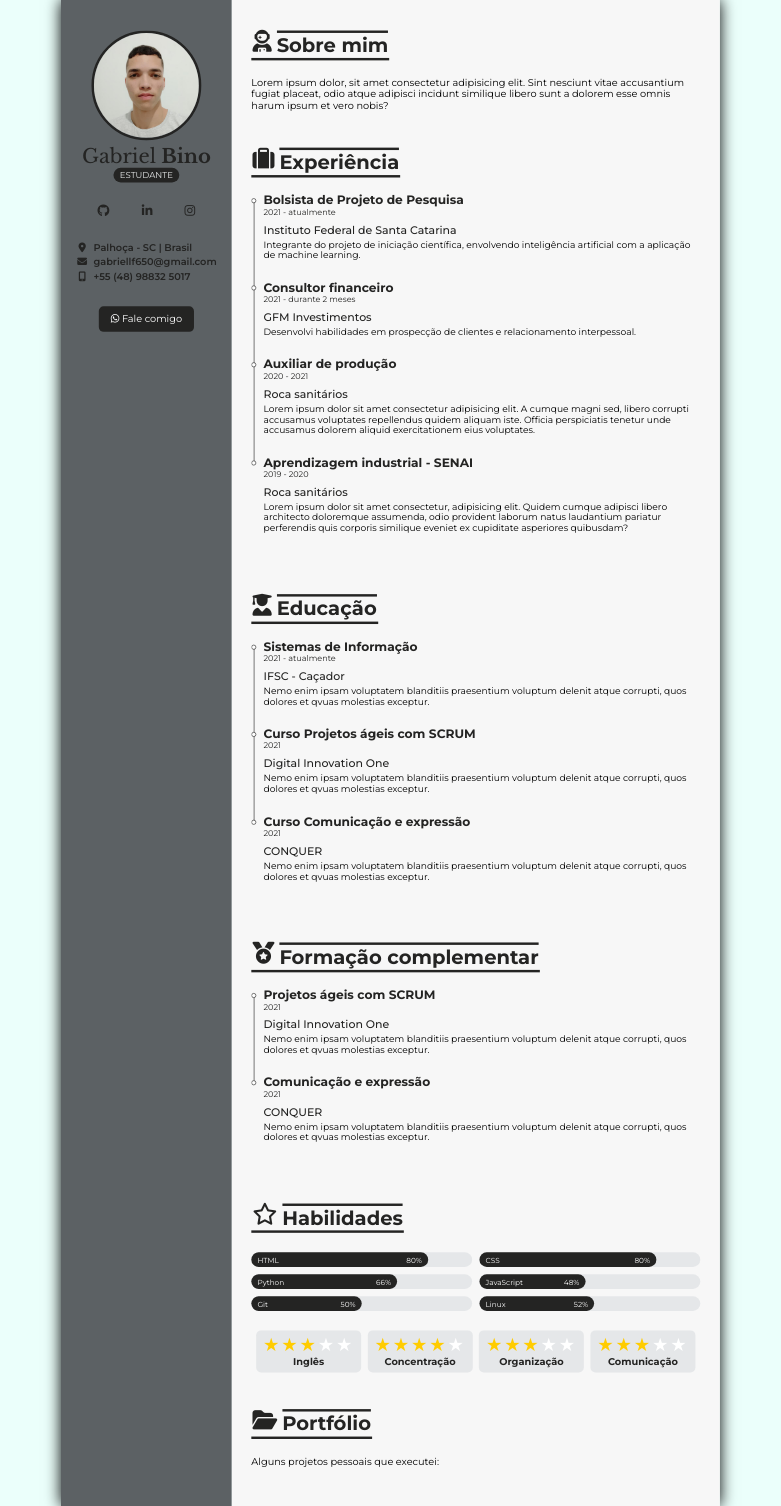
Repository: gabrielbino/curriculoResponsivo
Page: index.html
An editor plug-in stored every save of this project. The page is shown before and after the next save, followed by the edit.
The browser window is 1280 px wide. The pictures show the whole page, at 61% of full size.
Some web libraries are served in a nearby version.

Above is the page before, as saved 2021-10-19 22:18:13.

### index.html
<!DOCTYPE html>
<html lang="pt-br">
  <head>
    <meta charset="UTF-8" />
    <meta name="viewport" content="width=device-width, initial-scale=1" />
    <link
      rel="stylesheet"
      href="https://cdnjs.cloudflare.com/ajax/libs/normalize/8.0.1/normalize.min.css"
      integrity="sha512-NhSC1YmyruXifcj/KFRWoC561YpHpc5Jtzgvbuzx5VozKpWvQ+4nXhPdFgmx8xqexRcpAglTj9sIBWINXa8x5w=="
      crossorigin="anonymous"
      referrerpolicy="no-referrer"
    />
    <script
      src="https://kit.fontawesome.com/a6ac7cca8d.js"
      crossorigin="anonymous"
    ></script>
    <link rel="stylesheet" href="css/style.css" />
    <link rel="shortcut icon" href="img/favicon.ico" />
    <title>CV do Gabriel</title>
  </head>
  <body>
    <main>
      <aside>
        <div class="sidebar">
          <img
            class="profile-picture"
            src="./img/option_profile.jpeg"
            alt="Gabriel Bino"
          />
          <h1 class="title-name"><span>Gabriel</span> Bino</h1>
          <h3 class="subtitle-role">Estudante</h3>
          <div class="social-links">
            <a href="https://github.com/gabrielbino" target="_blank">
              <i class="fab fa-github"></i>
            </a>
            <a
              href="https://www.linkedin.com/in/gabriel-fernandes-bino-456499195/"
              target="_blank"
            >
              <i class="fab fa-linkedin-in"></i>
            </a>
            <!-- <a href="https://twitter.com/theleoad" target="_blank">
              <i class="fab fa-twitter"></i>
            </a> -->
            <a href="https://www.instagram.com/gabrielfbino/" target="_blank">
              <i class="fab fa-instagram"></i>
            </a>
          </div>
          <ul class="personal-data">
            <li>
              <i class="fas fa-map-marker-alt"></i>
              <span>Palhoça - SC | Brasil</span>
            </li>
            <li>
              <i class="fas fa-envelope"></i>
              <a href="mailto:galbriellf650@gmail.com"
                >gabriellf650@gmail.com</a
              >
            </li>
            <li>
              <i class="fas fa-mobile-alt"></i>
              <a href="tel:+5548988325017">+55 (48) 98832 5017</a>
            </li>
          </ul>
          <a
            class="download-button"
            href="https://wa.me/+5548988325017"
            target="_blank"
          >
            <i class="fab fa-whatsapp"></i>
            <span>Fale comigo</span>
          </a>
        </div>
      </aside>
      <section>
        <article>
          <div class="article-title-wrapper">
            <i class="fas fa-user-astronaut"></i>
            <h2 class="article-title">Sobre mim</h2>
          </div>
          <p>
            Lorem ipsum dolor, sit amet consectetur adipisicing elit. Sint
            nesciunt vitae accusantium fugiat placeat, odio atque adipisci
            incidunt similique libero sunt a dolorem esse omnis harum ipsum et
            vero nobis?
          </p>
        </article>
        <article>
          <div class="article-title-wrapper">
            <i class="fas fa-suitcase"></i>
            <h2 class="article-title">Experiência</h2>
          </div>
          <ul class="timeline">
            <li>
              <h4 class="timeline-title">Bolsista de Projeto de Pesquisa</h4>
              <h5 class="timeline-time">2021 - atualmente</h5>
              <h6 class="timeline-place">
                Instituto Federal de Santa Catarina
              </h6>
              <p class="timeline-text">
                Integrante do projeto de iniciação científica, envolvendo
                inteligência artificial com a aplicação de machine learning.
              </p>
            </li>
            <li>
              <h4 class="timeline-title">Consultor financeiro</h4>
              <h5 class="timeline-time">2021 - durante 2 meses</h5>
              <h6 class="timeline-place">GFM Investimentos</h6>
              <p class="timeline-text">
                Desenvolvi habilidades em prospecção de clientes e
                relacionamento interpessoal.
              </p>
            </li>
            <li>
              <h4 class="timeline-title">Auxiliar de produção</h4>
              <h5 class="timeline-time">2020 - 2021</h5>
              <h6 class="timeline-place">Roca sanitários</h6>
              <p class="timeline-text">
                Lorem ipsum dolor sit amet consectetur adipisicing elit. A
                cumque magni sed, libero corrupti accusamus voluptates
                repellendus quidem aliquam iste. Officia perspiciatis tenetur
                unde accusamus dolorem aliquid exercitationem eius voluptates.
              </p>
            </li>
            <li>
              <h4 class="timeline-title">Aprendizagem industrial - SENAI</h4>
              <h5 class="timeline-time">2019 - 2020</h5>
              <h6 class="timeline-place">Roca sanitários</h6>
              <p class="timeline-text">
                Lorem ipsum dolor sit amet consectetur, adipisicing elit. Quidem
                cumque adipisci libero architecto doloremque assumenda, odio
                provident laborum natus laudantium pariatur perferendis quis
                corporis similique eveniet ex cupiditate asperiores quibusdam?
              </p>
            </li>
          </ul>
        </article>
        <article>
          <div class="article-title-wrapper">
            <i class="fas fa-user-graduate"></i>
            <h2 class="article-title">Educação</h2>
          </div>
          <ul class="timeline">
            <li>
              <h4 class="timeline-title">Sistemas de Informação</h4>
              <h5 class="timeline-time">2021 - atualmente</h5>
              <h6 class="timeline-place">IFSC - Caçador</h6>
              <p class="timeline-text">
                Nemo enim ipsam voluptatem blanditiis praesentium voluptum
                delenit atque corrupti, quos dolores et qvuas molestias
                exceptur.
              </p>
            </li>
            <li>
              <h4 class="timeline-title">Curso Projetos ágeis com SCRUM</h4>
              <h5 class="timeline-time">2021</h5>
              <h6 class="timeline-place">Digital Innovation One</h6>
              <p class="timeline-text">
                Nemo enim ipsam voluptatem blanditiis praesentium voluptum
                delenit atque corrupti, quos dolores et qvuas molestias
                exceptur.
              </p>
            </li>
            <li>
              <h4 class="timeline-title">Curso Comunicação e expressão</h4>
              <h5 class="timeline-time">2021</h5>
              <h6 class="timeline-place">CONQUER</h6>
              <p class="timeline-text">
                Nemo enim ipsam voluptatem blanditiis praesentium voluptum
                delenit atque corrupti, quos dolores et qvuas molestias
                exceptur.
              </p>
            </li>
          </ul>
        </article>
        <article>
          <div class="article-title-wrapper">
            <i class="fas fa-medal"></i>
            <h2 class="article-title">Formação complementar</h2>
          </div>
          <ul class="timeline">
            <li>
              <h4 class="timeline-title">Projetos ágeis com SCRUM</h4>
              <h5 class="timeline-time">2021</h5>
              <h6 class="timeline-place">Digital Innovation One</h6>
              <p class="timeline-text">
                Nemo enim ipsam voluptatem blanditiis praesentium voluptum
                delenit atque corrupti, quos dolores et qvuas molestias
                exceptur.
              </p>
            </li>
            <li>
              <h4 class="timeline-title">Comunicação e expressão</h4>
              <h5 class="timeline-time">2021</h5>
              <h6 class="timeline-place">CONQUER</h6>
              <p class="timeline-text">
                Nemo enim ipsam voluptatem blanditiis praesentium voluptum
                delenit atque corrupti, quos dolores et qvuas molestias
                exceptur.
              </p>
            </li>
          </ul>
        </article>
        <article>
          <div class="article-title-wrapper">
            <i class="far fa-star"></i>
            <h2 class="article-title">Habilidades</h2>
          </div>
          <div class="skills-container">
            <div class="progress">
              <div class="progress-bar" role="progressbar" style="width: 80%">
                <div class="progress-text">
                  <span>HTML</span>
                  <span>80%</span>
                </div>
              </div>
            </div>
            <div class="progress">
              <div class="progress-bar" role="progressbar" style="width: 80%">
                <div class="progress-text">
                  <span>CSS</span>
                  <span>80%</span>
                </div>
              </div>
            </div>
            <div class="progress">
              <div class="progress-bar" role="progressbar" style="width: 66%">
                <div class="progress-text">
                  <span>Python</span>
                  <span>66%</span>
                </div>
              </div>
            </div>
            <div class="progress">
              <div class="progress-bar" role="progressbar" style="width: 48%">
                <div class="progress-text">
                  <span>JavaScript</span>
                  <span>48%</span>
                </div>
              </div>
            </div>
            <div class="progress">
              <div class="progress-bar" role="progressbar" style="width: 50%">
                <div class="progress-text">
                  <span>Git</span>
                  <span>50%</span>
                </div>
              </div>
            </div>
            <div class="progress">
              <div class="progress-bar" role="progressbar" style="width: 52%">
                <div class="progress-text">
                  <span>Linux</span>
                  <span>52%</span>
                </div>
              </div>
            </div>
          </div>
          <div class="soft-skills">
            <div class="soft-skill">
              <div class="soft-skill-rating" style="--rating: 3"></div>
              <h4 class="soft-skill-label">Inglês</h4>
            </div>
            <div class="soft-skill">
              <div class="soft-skill-rating" style="--rating: 4"></div>
              <h4 class="soft-skill-label">Concentração</h4>
            </div>
            <div class="soft-skill">
              <div class="soft-skill-rating" style="--rating: 3"></div>
              <h4 class="soft-skill-label">Organização</h4>
            </div>
            <div class="soft-skill">
              <div class="soft-skill-rating" style="--rating: 3"></div>
              <h4 class="soft-skill-label">Comunicação</h4>
            </div>
          </div>
        </article>
        <article>
          <div class="article-title-wrapper">
            <i class="fas fa-folder-open"></i>
            <h2 class="article-title">Portfólio</h2>
          </div>
          <p>Alguns projetos pessoais que executei:</p>
          <div class="portfolio">
            <a href="#" class="portfolio-item">
              <div></div>
            </a>
            <a href="#" class="portfolio-item">
              <div></div>
            </a>
            <a href="#" class="portfolio-item">
              <div></div>
            </a>
            <a href="#" class="portfolio-item">
              <div></div>
            </a>
          </div>
        </article>
      </section>
    </main>
  </body>
</html>

### css/style.css
@import url("https://fonts.googleapis.com/css2?family=Libre+Baskerville:wght@400;700&family=Montserrat:wght@400;500;600;700&display=swap");

* {
  box-sizing: border-box;
}

img {
  max-width: 100%;
}

body {
  background-color: #ebfffb;
  color: black;
  font-family: "Montserrat", sans-serif;
}

main {
  background-color: #ebfffb;
  box-shadow: 0 0 1.5rem;
  display: flex;
  margin: 0 auto;
  max-width: 1080px;
  min-height: 100vh;
  width: 100%;
}

aside {
  background-color: #4b4e53e3;
  padding: 50px 0 16px;
  width: 280px;
}

.sidebar {
  align-items: center;
  display: flex;
  flex-direction: column;
  position: sticky;
  top: 16px;
  width: 100%;
}

.profile-picture {
  border-radius: 50%;
  border: solid 4px #242423;
  width: 180px;
}

.title-name {
  color: #242423;
  font-family: "Libre Baskerville", serif;
  font-weight: 700;
  margin: 8px 0 0;
}

.title-name span {
  font-weight: 500;
}

.subtitle-role {
  background: #242423;
  border-radius: 12px;
  color: #e9ebec;
  font-size: 14px;
  font-weight: 400;
  margin: 0;
  padding: 4px 10px;
  text-transform: uppercase;
}

.social-links {
  display: flex;
  font-size: 20px;
  justify-content: space-between;
  margin: 36px 0;
  width: 160px;
}

.social-links a {
  color: #242423;
}

.social-links a:hover {
  color: #e8eddf;
}

.personal-data {
  list-style-type: none;
  margin: 0;
  padding: 0;
}

.personal-data li {
  color: #242423;
  font-weight: 600;
  line-height: 1.5;
}

.personal-data li a {
  color: inherit;
  text-decoration: none;
}

.personal-data i {
  margin-right: 4px;
  text-align: center;
  width: 20px;
}

.download-button {
  background: #242423;
  border-radius: 8px;
  color: white;
  display: block;
  margin: 36px 0;
  padding: 12px 20px;
  text-decoration: none;
}

section {
  background-color: #f7f7f7;
  padding: 50px 32px 0;
  width: calc(100% - 280px);
}

article:not(:last-of-type) {
  margin-bottom: 60px;
}

.article-title-wrapper {
  align-items: center;
  border-bottom: 4px solid;
  color: #242423;
  display: inline-flex;
  margin-bottom: 12px;
  padding: 0 2px;
}
.article-title-wrapper i {
  font-size: 36px;
  margin: -8px 8px 0 0;
}

.article-title {
  border-top: 4px solid;
  color: #242423;
  font-size: 32px;
  font-weight: 800;
  margin: 0 0 2px;
  padding-top: 2px;
}

.timeline {
  list-style: none;
  margin: 20px 0;
  padding: 0;
}

.timeline li {
  margin: 0;
  padding: 2px 0 40px 20px;
  position: relative;
}

.timeline li::after {
  background-color: #fff;
  border-radius: 50%;
  border: 1px solid #242423;
  box-sizing: border-box;
  content: "";
  display: inline-block;
  height: 8px;
  left: 0;
  position: absolute;
  top: 2px;
  width: 8px;
}

.timeline li:not(:last-of-type)::before {
  background-color: #242423;
  content: "";
  height: 100%;
  left: 3.5px;
  position: absolute;
  top: calc(0.5em - 4px);
  width: 1px;
}

.timeline-title {
  color: #242423;
  font-size: 20px;
  margin: -8px 0 0;
}

.timeline-time {
  color: #242423;
  font-weight: 400;
  margin: 0;
}

.timeline-place {
  color: #242423;
  font-size: 18px;
  font-weight: 500;
  margin: 12px 0 4px;
}

.timeline-text {
  font-size: 15px;
  margin: 0;
}

.skills-container {
  display: flex;
  flex-wrap: wrap;
  justify-content: space-between;
  margin: 20px 0;
}

.progress {
  background-color: rgba(68, 86, 108, 0.1);
  border-radius: 20px;
  display: flex;
  font-size: 0.75rem;
  height: 1.5rem;
  margin-bottom: 12px;
  width: calc(50% - 6px);
}

.progress-bar {
  align-items: center;
  background-color: #242423;
  border-radius: 20px;
  color: #fff;
  display: flex;
  padding: 0 10px;
}

.progress-text {
  display: flex;
  justify-content: space-between;
  width: 100%;
}

.soft-skills {
  display: flex;
  justify-content: space-between;
  padding: 0 8px;
}

.soft-skill {
  background-color: rgba(68, 86, 108, 0.1);
  border-radius: 8px;
  padding: 8px;
  text-align: center;
  width: calc(25% - 8px);
}

.soft-skill-rating {
  --percent: calc(var(--rating) / 5 * 100%);
  display: inline-block;
  font-family: Times;
  font-size: 30px;
  line-height: 1;
}

.soft-skill-rating::before {
  background-clip: text;
  background: linear-gradient(90deg, #fc0 var(--percent), #fff var(--percent));
  content: "★★★★★";
  letter-spacing: 3px;
  -webkit-background-clip: text;
  -webkit-text-fill-color: transparent;
}

.soft-skill-label {
  color: #242423;
  margin: 4px 0 0;
}

.portfolio {
  display: flex;
  flex-wrap: wrap;
  justify-content: space-between;
}

.portfolio-item {
  margin-bottom: 24px;
  text-decoration: none;
  width: calc(50% - 12px);
}

/* .portfolio-item div {
  margin: 0;
}

.portfolio-item figcaption {
  color: #3c6e71;
  font-weight: 800;
  text-align: center;
} */

@media (max-width: 1024px) {
  .soft-skills {
    flex-wrap: wrap;
  }

  .soft-skill {
    margin: 4px;
    width: calc(50% - 8px);
  }
}

@media (max-width: 768px) {
  main {
    display: block;
  }

  aside,
  section {
    width: 100%;
  }

  section {
    padding: 32px 16px 0;
  }

  .article-title-wrapper {
    display: flex;
    padding: 0;
  }

  .progress,
  .soft-skill,
  .portfolio-item,
  .article-title {
    width: 100%;
  }

  .portfolio-item figure {
    text-align: center;
  }
}

After the next save:
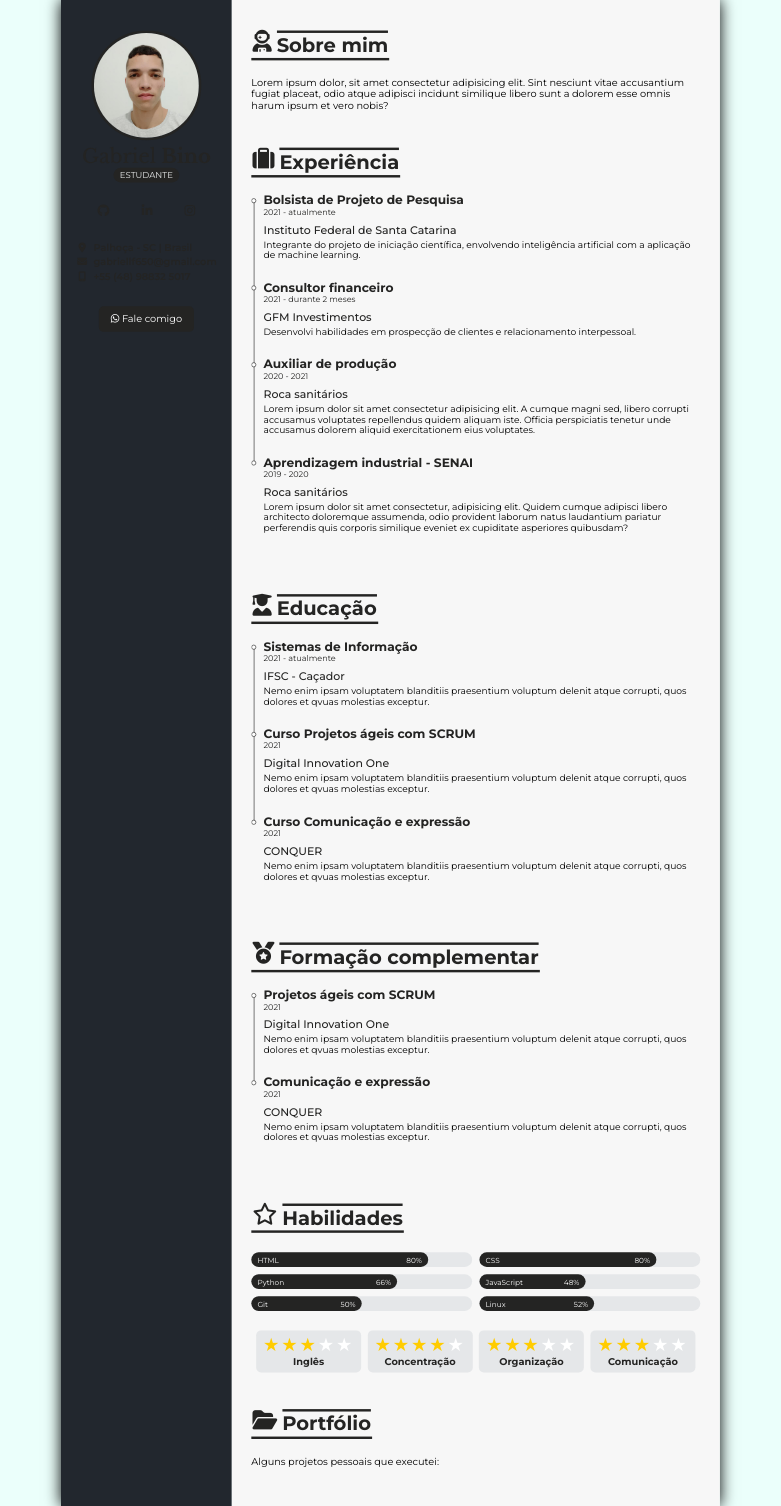
Saved 2 min 23 s later.
--- a/css/style.css
+++ b/css/style.css
@@ -25,7 +25,7 @@ main {
 }
 
 aside {
-  background-color: #4b4e53e3;
+  background-color: #22272e;
   padding: 50px 0 16px;
   width: 280px;
 }
